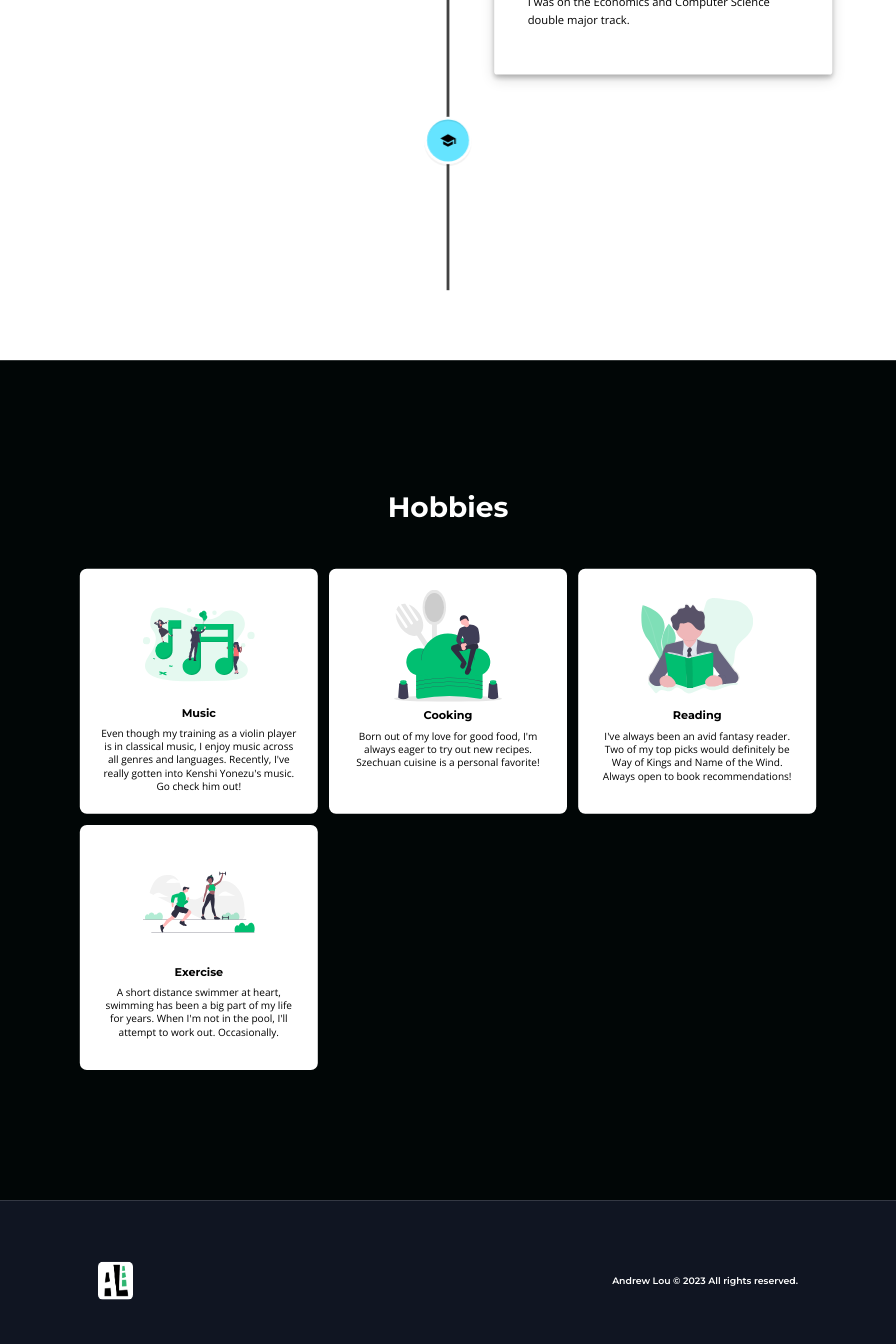
Repository: icer6683/Website
Page: /
These files come from the project's save history. The page is drawn as it stood at one moment and after the next save; the edit follows.
The browser window is 1280 px wide. The pictures show the part of the page from y = 3752 to 5672 px (the page is 5672 px tall), at 70% of full size.
The project was rebuilt for these pictures with package versions that can differ from the ones it lists, and the page was loaded fresh each time. Also part of the build but not shown: src/Components/ContactMe/ContactMeElements.js, src/Components/ContactMe/index.js, src/Pages/contactme.js. Imported but missing from the stored project, and not drawn on this page: src/Video/video.mp4.

Above is the page before, as saved 2023-07-03 13:44:03.

### public/index.html
<!DOCTYPE html>
<html lang="en">

<head>
  <meta charset="utf-8" />
  <link rel="icon" href="%PUBLIC_URL%/logo.png" />
  <meta name="viewport" content="width=device-width, initial-scale=1" />
  <meta name="theme-color" content="#000000" />
  <meta name="name" content="Andrew Lou" />
  <meta name="description" content=" Portfolio website of Andrew Lou, a undergradaute student at Wharton." />
  <meta name="keywords" content="Andrew Lou, Wharton, Cornell, UPenn, Finance, Computer Science, Connecticut ">
  <link rel="apple-touch-icon" href="%PUBLIC_URL%/logo.png" />
  <link rel="stylesheet" href="https://use.fontawesome.com/releases/v5.15.1/css/all.css"
    integrity="sha384-vp86vTRFVJgpjF9jiIGPEEqYqlDwgyBgEF109VFjmqGmIY/Y4HV4d3Gp2irVfcrp" crossorigin="anonymous">
  <link rel="preconnect" href="https://fonts.gstatic.com">
  <link rel="preconnect" href="https://fonts.gstatic.com">
  <link href="https://fonts.googleapis.com/css2?family=Montserrat:wght@600;700&display=swap" rel="stylesheet">
  <link rel="preconnect" href="https://fonts.gstatic.com">
  <link href="https://fonts.googleapis.com/css2?family=Open+Sans:wght@300;400&display=swap" rel="stylesheet">
  <!--
      manifest.json provides metadata used when your web app is installed on a
      user's mobile device or desktop. See https://developers.google.com/web/fundamentals/web-app-manifest/
    -->
  <link rel="manifest" href="%PUBLIC_URL%/manifest.json" />
  <!--
      Notice the use of %PUBLIC_URL% in the tags above.
      It will be replaced with the URL of the `public` folder during the build.
      Only files inside the `public` folder can be referenced from the HTML.

      Unlike "/favicon.ico" or "favicon.ico", "%PUBLIC_URL%/favicon.ico" will
      work correctly both with client-side routing and a non-root public URL.
      Learn how to configure a non-root public URL by running `npm run build`.
    -->
  <title>Andrew Lou</title>
</head>

<body>
  <noscript>Hey there! This is Andrew. I'm orginally from Connecticut. I'm currently a sophomore at Wharton focusing on
    finance and computer science. Browse this website to learn more me! </noscript>
  <div id="root"></div>
  <!--
      This HTML file is a template.
      If you open it directly in the browser, you will see an empty page.

      You can add webfonts, meta tags, or analytics to this file.
      The build step will place the bundled scripts into the <body> tag.

      To begin the development, run `npm start` or `yarn start`.
      To create a production bundle, use `npm run build` or `yarn build`.
    -->
</body>

</html>

### src/App.js
import './App.css';
import React from 'react';
import { BrowserRouter as Router, Switch, Route } from 'react-router-dom'
import Home from './Pages';
import ContactMePage from './Pages/contactme';
function App() {
  return (
    <Router>
      <Switch>
        <Route path="/" component={Home} exact />
        <Route path="/contactme" component={ContactMePage} exact />
      </Switch>
    </Router>
  );
}

export default App;

### src/App.css
*{
  box-sizing: border-box;
  margin: 0;
  padding:0;
  font-family: 'Montserrat', sans-serif;
}

### src/Pages/index.js
import React, { useState } from 'react'
import Navbar from '../Components/Navbar';
import Topbar from '../Components/Topbar';
import HeroSection from '../Components/Main';
import Sections from '../Components/Sections';
import Gallery from '../Components/Gallery';
import { homeObjOne, homeObjTwo } from '../Components/Sections/Data';
import Footer from '../Components/Footer'
import Timeline from '../Components/Timeline';
const Home = () => {
    const [isOpen, setIsOpen] = useState(false);

    const toggle = () => {
        setIsOpen(!isOpen);
    };
    return (
        <>
            <Topbar isOpen={isOpen} toggle={toggle} />
            <Navbar toggle={toggle} />
            <HeroSection />
            <Sections {...homeObjOne} />
            <Sections {...homeObjTwo} />
            <Timeline />
            <Gallery />
            <Footer />
        </>
    )
}

export default Home

### src/Components/Topbar/index.js
import React from 'react';
import { TopbarContainer, Icon, CloseIcon, TopbarWrapper, TopbarMenu, TopbarLink, TopBtnWrap, TopbarRoute, TopbarContactMe, StyledPopup, TopBtnLink }
    from './TopbarElements';
import { animateScroll as scroll } from 'react-scroll';

const Topbar = ({ isOpen, toggle }) => {
    const changeTop = () => {
        scroll.scrollToTop();
    }
    return (
        <TopbarContainer isOpen={isOpen} onClick={toggle}>
            <Icon onClick={toggle}>
                <CloseIcon />
            </Icon>
            <TopbarWrapper>
                <TopbarMenu>
                    <TopbarLink to="about" onClick={toggle}>About</TopbarLink>
                    <TopbarLink to="updates" onClick={toggle}>Updates</TopbarLink>
                    <TopbarLink to="experiences" onClick={toggle}>Experiences</TopbarLink>
                    <TopbarLink to="interests" onClick={toggle}>Interests</TopbarLink>
                </TopbarMenu>
                <TopBtnWrap>
                    <TopBtnLink to='/contactme' onClick={changeTop}>Contact Me</TopBtnLink>
                </TopBtnWrap>
            </TopbarWrapper>
        </TopbarContainer>
    );
};

export default Topbar;

### src/Components/Main/index.js
import React from 'react';
import Video from '../../Video/video.mp4';
import { HeroContainer, HeroBg, VideoBg, HeroContent, HeroH1, HeroP, HeroBtnMenu, HeroSmall } from './HeroElements';
import './Main.css';
import Typewriter from 'typewriter-effect';
const HeroSection = ({ shape }) => {
    return (
        <HeroContainer id="home">
            <HeroBg>
                <VideoBg autoPlay loop playsinline muted src={Video} type='video/mp4' style={{ WebkitMediaControls: 'display(none)' }} />
            </HeroBg>
            <HeroContent>
                <HeroH1><Typewriter
                    onInit={(typewriter) => {
                        typewriter
                            .typeString("Hey there, nice to meet you!")
                            .pauseFor(1000)
                            .deleteAll()
                            .typeString("I'm Andrew. ")
                            .start();
                    }}
                /></HeroH1>
                <HeroP>
                    Rising Senior at <a href="https://www.wharton.upenn.edu/" class="whartonLink">Wharton</a>.
                </HeroP>
                <HeroBtnMenu>
                    <a href="https://github.com/icer6683" className="buttonMain" target="_blank" rel="noreferrer"><i class="fab fa-github fa-2x button"></i></a>
                    <a href="http://www.linkedin.com/in/andrewlou6683" className="buttonMain" target="_blank" rel="noreferrer"><i class="fab fa-linkedin fa-2x button"></i></a>
                </HeroBtnMenu>
                <HeroSmall style={{ transform: 'translate(0%, 1400%)' }}>
                    Built from scratch with React, HTML5 and CSS3
                </HeroSmall>
            </HeroContent>
        </HeroContainer>
    )
}

export default HeroSection

### src/Components/Gallery/index.js
import React from 'react'
import { GalleryContainer, GalleryH1, GalleryH2, GalleryWrapper, GalleryCard, GalleryIcon, GalleryP} from './GalleryComponents';
import Icon1 from '../../Images/music.svg';
import Icon2 from '../../Images/cooking.svg';
import Icon3 from '../../Images/reading.svg';
import Icon4 from '../../Images/exercise.svg';
const Gallery = () => {
    return (
        <>
            <GalleryContainer id="interests">
                <GalleryH1> Hobbies</GalleryH1>
                <GalleryWrapper>
                        <GalleryCard>
                            <GalleryIcon src={Icon1}/>
                            <GalleryH2>Music</GalleryH2>
                            <GalleryP>Even though my training as a violin player is in classical music, I enjoy music across all genres and languages. Recently, I've really gotten into Kenshi Yonezu's music. Go check him out!</GalleryP>
                        </GalleryCard>
                        <GalleryCard>
                            <GalleryIcon src={Icon2}/>
                            <GalleryH2>Cooking</GalleryH2>
                            <GalleryP>Born out of my love for good food, I'm always eager to try out new recipes. Szechuan cuisine is a personal favorite!</GalleryP>
                        </GalleryCard>
                        <GalleryCard>
                            <GalleryIcon src={Icon3}/>
                            <GalleryH2>Reading</GalleryH2>
                            <GalleryP>I've always been an avid fantasy reader. Two of my top picks would definitely be Way of Kings and Name of the Wind. Always open to book recommendations! </GalleryP>
                        </GalleryCard>
                        <GalleryCard>
                            <GalleryIcon src={Icon4}/>
                            <GalleryH2>Exercise</GalleryH2>
                            <GalleryP>A short distance swimmer at heart, swimming has been a big part of my life for years. When I'm not in the pool, I'll attempt to work out. Occasionally.</GalleryP>
                        </GalleryCard>
                </GalleryWrapper>
            </GalleryContainer>
        </>
    )
}

export default Gallery

### src/Components/Footer/index.js
import React from 'react'
import { FooterContainer, FooterWrap, FooterLinksContainer, FooterLinksWrapper, FooterLinkItems, FooterLinkTitle, FooterLink, SocialLogo, WebsiteRights, SocialMedia, SocialMediaWrap } from './FooterElements'
import { animateScroll as scroll } from 'react-scroll';
import logo from '../logo.png';
const Footer = () => {

    const toggleHome = () => {
        scroll.scrollToTop();
    }

    return (
        <>
            <FooterContainer>
                <FooterWrap>
                    <FooterLinksContainer>
                        <FooterLinksWrapper>
                        </FooterLinksWrapper>
                    </FooterLinksContainer>

                    <SocialMedia>
                        <SocialMediaWrap>
                            <SocialLogo to='/' onClick={toggleHome}>
                                <img src={logo} style={{ width: '50px', borderRadius: '7px' }}></img>
                            </SocialLogo>
                            <WebsiteRights>Andrew Lou © {new Date().getFullYear()} All rights reserved. </WebsiteRights>
                        </SocialMediaWrap>
                    </SocialMedia>
                </FooterWrap>
            </FooterContainer >
        </>
    )
}

export default Footer

### src/Components/Main/Main.css
.buttonMain{
    width: 60px;
    height: 60px;
    background-color: white;
    color: #010606;
    text-decoration: none;
    border-radius: 50px;
    white-space: nowrap;
    outline: none;
    border: none;
    cursor: pointer;
    display: flex;
    justify-content: center;
    align-items: center;
    transition: all 0.2s ease-in-out;
    padding: 5px;
}

.whartonLink{
    color: #01bf71;
    text-decoration: none;
}

.buttonMain:hover{
    transition: all 0.2s ease-in-out;
    background-color: #01BF71;
}

### src/Components/ButtonElement.js
import styled from 'styled-components';
import {Link as LinkS} from 'react-scroll'

export const Button = styled(LinkS)`
    width: ${({shape}) => (shape ? '60px' : '')};
    height: ${({shape}) => (shape ? '60px' : '')};
    border-radius: 50px;
    background: ${({primary}) => (primary ? '#01BF71' : '#010606')};
    white-space: nowrap;
    padding: ${({big}) => (big ? '14px 48px' : '12px 30px')};
    color: ${({dark}) => (dark ? '#010606' : '#fff')};
    font-size: ${({fontBig}) =>(fontBig ? '20px' : '16px')};
    outline: none;
    border: none;
    cursor: pointer;
    display: flex;
    justify-content: center;
    align-items: center;
    transition: all 0.2s ease-in-out;
    text-decoration: none;
    font-family: 'Open Sans', sans serif;
    &: hover{
        transition: all 0.2s ease-in-out;
        background: ${({primary}) => (primary ? '#fff' : '#01BF71')};
    }
`

### src/Components/Gallery/GalleryComponents.js
import styled from 'styled-components';

export const GalleryContainer = styled.div`
    height: 900px;
    display: flex;
    flex-direction: column;
    justify-content: center;
    align-items: center;
    background: #010606;

    @media screen and (max-width: 1300px){
        height: 1200px;
    }

    @media screen and (max-width: 768px){
        height: 1900px;
    }
`

export const GalleryWrapper = styled.div`
    max-width: 1300px;
    margin: 0 auto;
    display: grid;
    grid-template-columns: 1fr 1fr 1fr 1fr;
    align-items: center;
    grid-gap: 16px;
    padding: 0 50px;

    @media screen and (max-width: 1300px){
        grid-template-columns: 1fr 1fr 1fr;
    }

    @media screen and (max-width: 1000px){
        grid-template-columns: 1fr 1fr;
    }

    @media screen and (max-width: 768px){
        grid-template-columns: 1fr;
        padding: 0 20px;
    }
`

export const GalleryCard = styled.div`
    background: #fff;
    display: flex;
    flex-direction: column;
    justify-content: flex-start;
    align-items: center;
    border-radius: 10px;
    max-width: 340px;
    height: 350px;
    padding: 30px;
    box-shadow: 0 1px 3px rgba (0,0,0,0.2);
    transition: all 0.2s ease-in-out;

    &:hover{
        transform: scale(1.02);
        transition: all 0.2s ease-in-out;
        cursor: pointer;
    }
`

export const GalleryIcon = styled.img`
    height: 160px;
    width: 160px;
    margin-bottom: 10px;
`

export const GalleryH1 = styled.h1`
    font-size: 2.5rem;
    color: #fff;
    margin-bottom: 64px;

    @media screen and (max-width: 480px){
        font-size: 2rem;
    }
`

export const GalleryH2 = styled.h2`
    font-size: 1rem;
    margin-bottom: 10px;
`

export const GalleryP = styled.p`
    font-size: 0.9rem;
    text-align: center;
    font-family: 'Open Sans', sans serif;
`

### src/Components/Timeline/TimelineElements.js
import styled from 'styled-components'

let TimelineElements = [
    {
        id: 1,
        title: "Summer Internship @ Guggenheim Securities",
        location: "New York, New York",
        description: "In the Restructuring Advisory Group",
        date: "Jun 2023 - Aug 2023",
        icon: "work",
    },
    {
        id: 2,
        title: "Summer Internship @ Jett Capital Advisors",
        location: "New York, New York",
        description: "A boutique investment bank focusing on mining, metals and clean tech. ",
        date: "Jun 2022 - Aug 2022",
        icon: "work",
    },
    {
        id: 3,
        title: "Started at Wharton",
        location: "Philadelphia, Pennsylvania",
        description: "Dual degree in Finance/Statistics and Computer Science",
        date: "Aug 2021",
        icon: "school",
    },
    {
        id: 4,
        title: "Freshman year @ Cornell",
        location: "Ithaca, New York",
        description: "I was on the Economics and Computer Science double major track. ",
        date: "Aug 2020 - May 2021",
        icon: "school",
    },
    {
        id: 5,
        title: "High School Diploma @ Cheshire High School",
        location: "Cheshire, Connecticut",
        description: "Valedictorian",
        date: "Aug 2016 - Jun 2020",
        icon: "school",
    },
];

export const BtnWrap = styled.nav`
    display: flex;
    align-items: center;
`
export default TimelineElements;

### src/Components/Timeline/Timeline.css
#experiences{
    padding-left: 30px;
    padding-right: 30px;
    padding-bottom: 100px;
}
.topline{
    color: #01bf71;
    font-size: 16px;
    line-height: 16px;
    font-weight: 700;
    letter-spacing: 1.4px;
    text-transform: uppercase;
    margin-bottom: 16px;
    text-align: center;
    padding: 45px 0 0 0;
}
.title{
    text-align: center;
    margin-bottom: 24px;
    font-size: 48px;
    line-height: 1.1;
    font-weight: 700;
    color: #010606;

    @media screen and (max-width: 480px){
        font-size: 32px;
    }
}

h3{
    padding-top: 0.25em;
}

.vertical-timeline-element-content {
    padding: 2rem 3em !important;
    box-shadow: 0 0.25em 0.5em 0 rgba(0, 0, 0, 0.25),
    0 0.4em 1.25em 0 rgba(0, 0, 0, 0.15) !important;
}

.vertical-timeline-element{
    color: black;
}


.date {
    color: rgb(151, 151, 151);
}

#description {
    margin: 1.5em 0 2em 0;
    font-family: 'Open Sans', sans-serif;
}

.buttonTime{
    max-width: 195px;
    border-radius: 5px;
    padding: 0.5em 1em;
    color: #010606;
    cursor: pointer;
    transition: all 0.2s ease-in-out;
    text-decoration: none;
}

.workButton{
    background: #06bf71;
}

.workButton:hover{
    background:white;
}

.schoolButton{
    background: #65E4FF;
}

.schoolButton:hover{
    background:white;
}

.custom-line::before {
    background: #424242;
  }


@media only screen and (max-width: 1700px) {
    .vertical-timeline-element-date {
      display: block !important;
      float: none !important;
      color: rgb(44, 44, 44);
      margin-top: 1.5em;
    }
  }

Loaded but not shown: src/index.js (common file); src/Components/Navbar/NavbarElements.js (176 lines, source omitted); src/Components/Navbar/index.js (77 lines, source omitted); src/Components/Topbar/TopbarElements.js (129 lines, source omitted); src/Components/Sections/SectionElements.js (115 lines, source omitted); src/Components/Timeline/index.js (49 lines, source omitted); src/Components/Main/HeroElements.js (115 lines, source omitted); src/Components/Sections/index.js (45 lines, source omitted); src/Components/Footer/FooterElements.js (101 lines, source omitted); src/Components/Sections/Data.js (58 lines, source omitted)

After the next save:
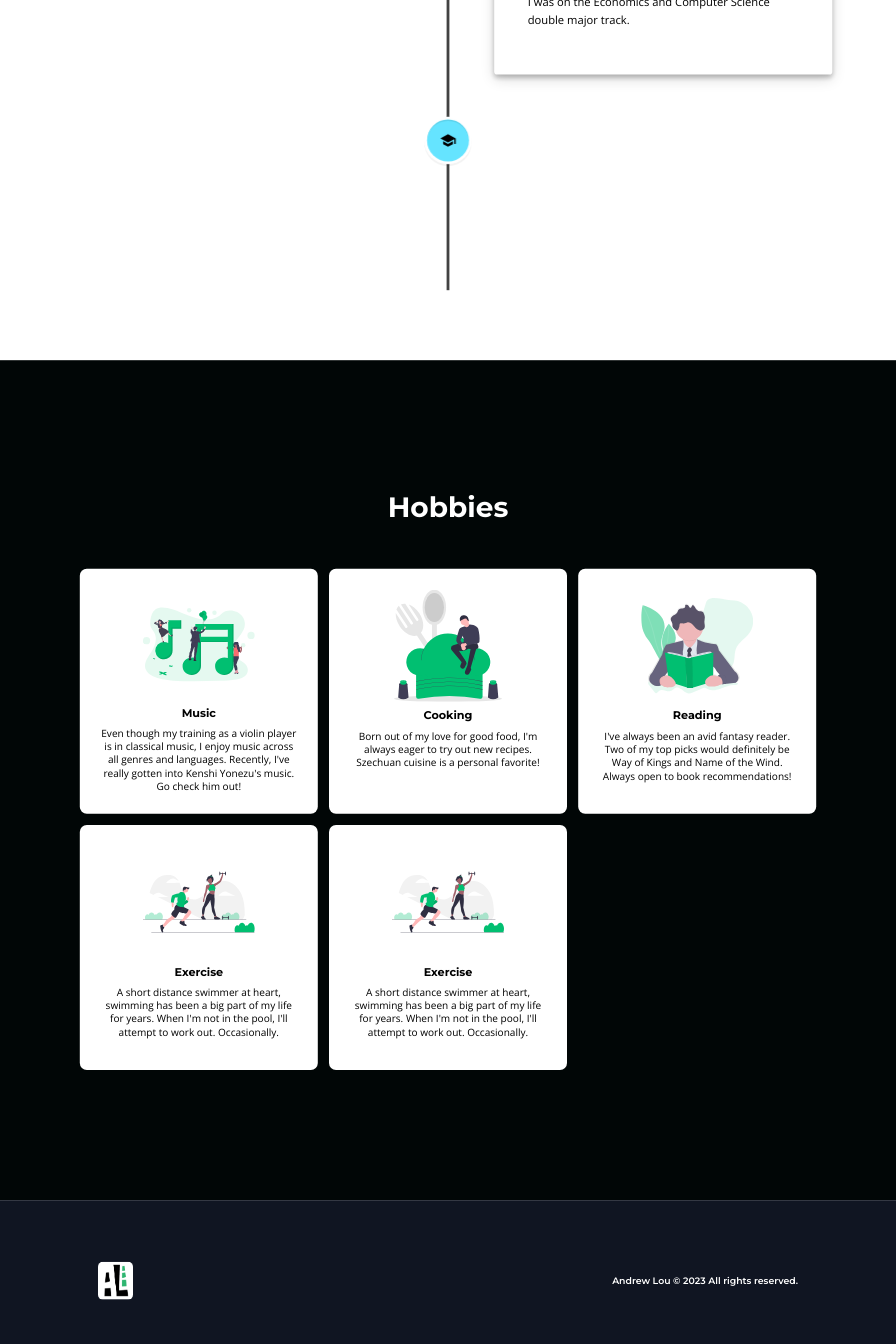
Saved 28 s later.
--- a/src/Components/Gallery/index.js
+++ b/src/Components/Gallery/index.js
@@ -1,35 +1,41 @@
 import React from 'react'
-import { GalleryContainer, GalleryH1, GalleryH2, GalleryWrapper, GalleryCard, GalleryIcon, GalleryP} from './GalleryComponents';
+import { GalleryContainer, GalleryH1, GalleryH2, GalleryWrapper, GalleryCard, GalleryIcon, GalleryP } from './GalleryComponents';
 import Icon1 from '../../Images/music.svg';
 import Icon2 from '../../Images/cooking.svg';
 import Icon3 from '../../Images/reading.svg';
 import Icon4 from '../../Images/exercise.svg';
+import Icon5 from '../../Images/writing.svg';
 const Gallery = () => {
     return (
         <>
             <GalleryContainer id="interests">
                 <GalleryH1> Hobbies</GalleryH1>
                 <GalleryWrapper>
-                        <GalleryCard>
-                            <GalleryIcon src={Icon1}/>
-                            <GalleryH2>Music</GalleryH2>
-                            <GalleryP>Even though my training as a violin player is in classical music, I enjoy music across all genres and languages. Recently, I've really gotten into Kenshi Yonezu's music. Go check him out!</GalleryP>
-                        </GalleryCard>
-                        <GalleryCard>
-                            <GalleryIcon src={Icon2}/>
-                            <GalleryH2>Cooking</GalleryH2>
-                            <GalleryP>Born out of my love for good food, I'm always eager to try out new recipes. Szechuan cuisine is a personal favorite!</GalleryP>
-                        </GalleryCard>
-                        <GalleryCard>
-                            <GalleryIcon src={Icon3}/>
-                            <GalleryH2>Reading</GalleryH2>
-                            <GalleryP>I've always been an avid fantasy reader. Two of my top picks would definitely be Way of Kings and Name of the Wind. Always open to book recommendations! </GalleryP>
-                        </GalleryCard>
-                        <GalleryCard>
-                            <GalleryIcon src={Icon4}/>
-                            <GalleryH2>Exercise</GalleryH2>
-                            <GalleryP>A short distance swimmer at heart, swimming has been a big part of my life for years. When I'm not in the pool, I'll attempt to work out. Occasionally.</GalleryP>
-                        </GalleryCard>
+                    <GalleryCard>
+                        <GalleryIcon src={Icon1} />
+                        <GalleryH2>Music</GalleryH2>
+                        <GalleryP>Even though my training as a violin player is in classical music, I enjoy music across all genres and languages. Recently, I've really gotten into Kenshi Yonezu's music. Go check him out!</GalleryP>
+                    </GalleryCard>
+                    <GalleryCard>
+                        <GalleryIcon src={Icon2} />
+                        <GalleryH2>Cooking</GalleryH2>
+                        <GalleryP>Born out of my love for good food, I'm always eager to try out new recipes. Szechuan cuisine is a personal favorite!</GalleryP>
+                    </GalleryCard>
+                    <GalleryCard>
+                        <GalleryIcon src={Icon3} />
+                        <GalleryH2>Reading</GalleryH2>
+                        <GalleryP>I've always been an avid fantasy reader. Two of my top picks would definitely be Way of Kings and Name of the Wind. Always open to book recommendations! </GalleryP>
+                    </GalleryCard>
+                    <GalleryCard>
+                        <GalleryIcon src={Icon4} />
+                        <GalleryH2>Exercise</GalleryH2>
+                        <GalleryP>A short distance swimmer at heart, swimming has been a big part of my life for years. When I'm not in the pool, I'll attempt to work out. Occasionally.</GalleryP>
+                    </GalleryCard>
+                    <GalleryCard>
+                        <GalleryIcon src={Icon4} />
+                        <GalleryH2>Exercise</GalleryH2>
+                        <GalleryP>A short distance swimmer at heart, swimming has been a big part of my life for years. When I'm not in the pool, I'll attempt to work out. Occasionally.</GalleryP>
+                    </GalleryCard>
                 </GalleryWrapper>
             </GalleryContainer>
         </>
